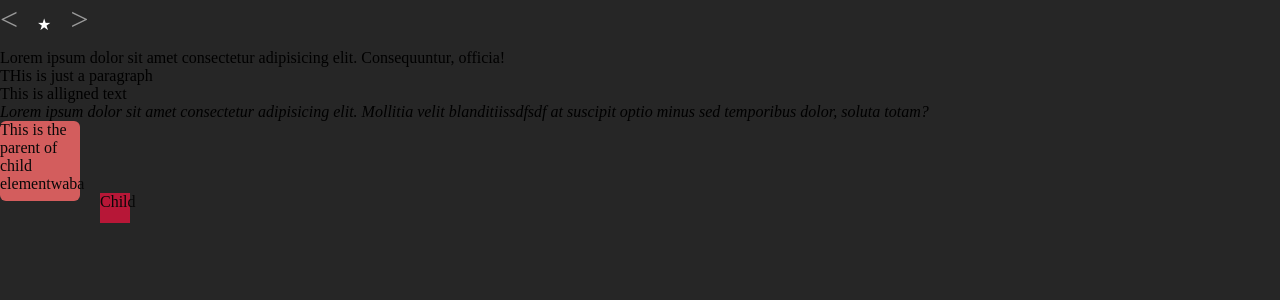
Repository: robin-webdev/frontend
Page: CSS/index.html
These files come from the project's save history. The page is drawn as it stood at one moment and after the next save; the edit follows.
The browser window is 1280 px wide. The pictures show the whole page.
The style sheet was rebuilt from its Sass, Less or Tailwind sources for each picture, by a compiler version that may differ from the author's.

Above is the page before, as saved 2025-12-16 06:50:18.

After the next save:
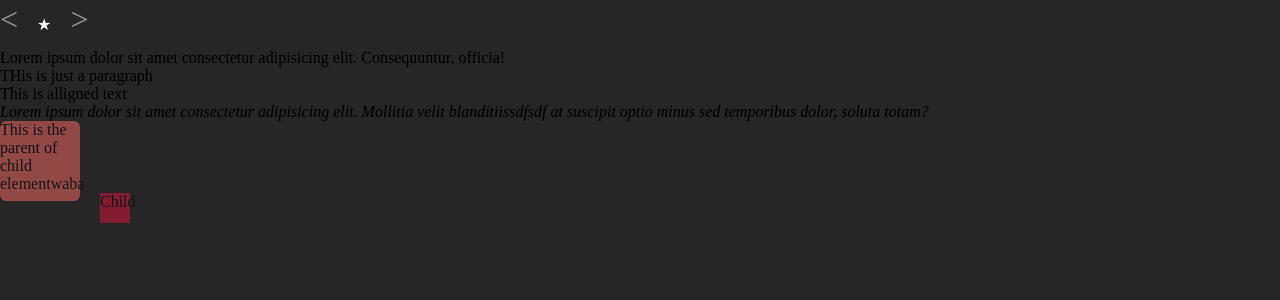
Saved 48 s later.
--- a/CSS/style.scss
+++ b/CSS/style.scss
@@ -61,7 +61,7 @@ body {
   width: 80px;
   background-color: #ff6b6b;
   border-radius: 6px;
-  opacity: 0.8;
+  opacity: 0.5;
   // filter: blur(1px);
   -webkit-backdrop-filter: blur(10px);
 }
